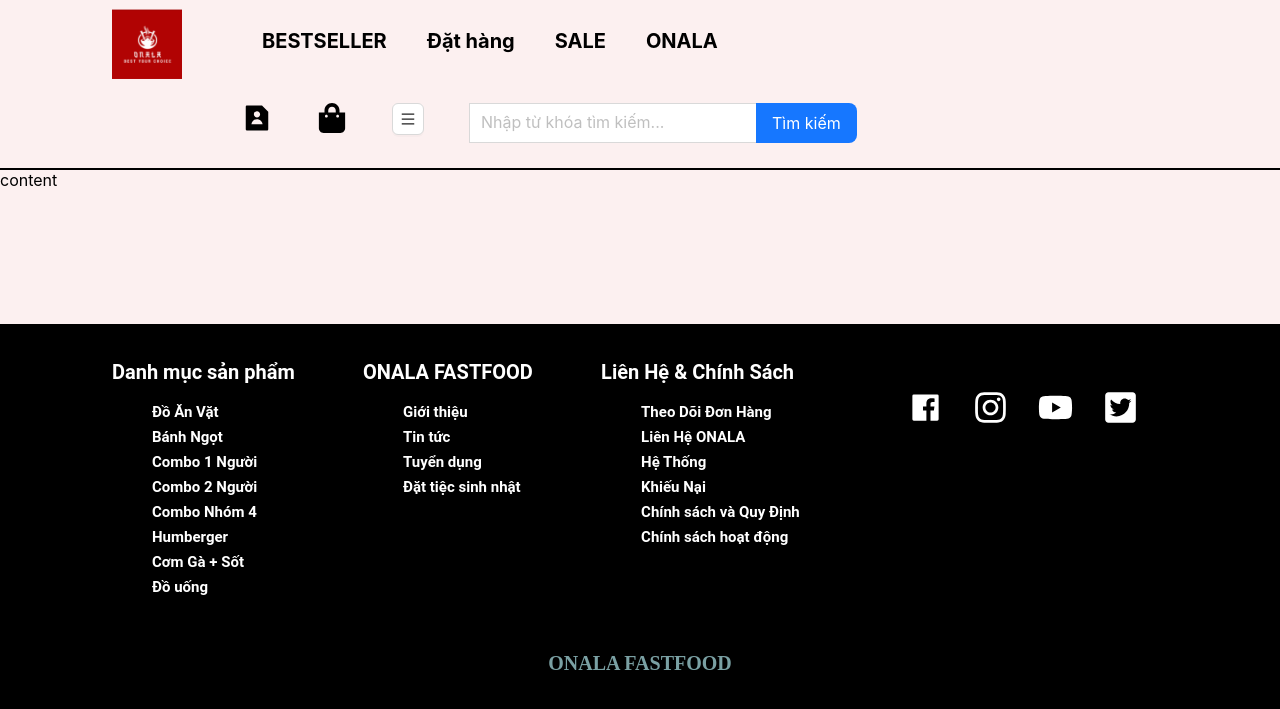
Repository: tranlan149/ONALA
Page: /account
An editor plug-in stored every save of this project. The page is shown before and after a run of saves, followed by the edit.
The browser window is 1280 px wide. The pictures show the whole page.
The project was rebuilt for these pictures with package versions that can differ from the ones it lists, and the page was loaded fresh each time. Also part of the build but not shown: src/Components/Search/Search.css, src/Pages/BestSeller/index.js, src/Pages/ONALA/index.js, src/Pages/Sale/index.js, src/Pages/Recommend/index.js, src/Pages/Register/RegisterForm.module.css, src/Pages/Register/index.js, src/Pages/Login/LoginForm.module.css and 12 more.

Above is the page before, as saved 2025-02-11 15:12:43.

### src/App.js
import { Route, Routes } from 'react-router-dom';
import './App.css';
import Layout from './Layout';
import BestSeller from './Pages/BestSeller';
import ONALA from './Pages/ONALA';
import Sale from './Pages/Sale';
import Recommend from './Pages/Recommend';
import Register from './Pages/Register';
import Login from './Pages/Login';
import Order from './Pages/Order';
import Cart from './Pages/Cart';
import Home from './Pages/Home';
import AccountPage from './Pages/Account';

function App() {
  return (
    <>
      <Routes>
          <Route path='/' element={<Layout/>}>
            <Route path='/' element={<Home/>} />
            <Route path='/bestseller' element={<BestSeller/>} />
            <Route path='/account' element={<AccountPage/>} />
            <Route path='/recommend' element={<Recommend/>} />
            <Route path='/order' element={<Order/>} />
            <Route path='/cart' element={<Cart/>} />
            <Route path='/onala' element={<ONALA/>} />
            <Route path='sale' element={<Sale/>} />
            <Route path= 'register' element = {<Register/>}/>

          </Route>





      </Routes>
    </>
  );
}

export default App;

### src/App.css
.App {
  text-align: center;
}

.App-logo {
  height: 40vmin;
  pointer-events: none;
}

@media (prefers-reduced-motion: no-preference) {
  .App-logo {
    animation: App-logo-spin infinite 20s linear;
  }
}

.App-header
{
  background-color: #282c34;
  min-height: 100vh;
  display: flex;
  flex-direction: column;
  align-items: center;
  justify-content: center;
  font-size: calc(10px + 2vmin);
  color: white;
}
.layout_main {
  background-color: #FCF0F0;
}

.App-link {
  color: #61dafb;
}

@keyframes App-logo-spin {
  from {
    transform: rotate(0deg);
  }
  to {
    transform: rotate(360deg);
  }
}

### src/Layout/index.js
import { Outlet } from "react-router-dom";
import {  NavLink } from "react-router-dom";
import logo from "../image/logo.png"
import { RiFileUserFill } from "react-icons/ri";
import { FaShoppingBag } from "react-icons/fa";
import { BiLogoFacebookSquare } from "react-icons/bi";
import { FaInstagram } from "react-icons/fa";
import { FaYoutube } from "react-icons/fa";
import { FaTwitterSquare } from "react-icons/fa";
import SearchBar from '../Components/Search/Search'
import './style.css';

import MenuDropdown from "../Components/dropdown/MenuDropdown";

function Layout(){
    return(
        <>
            <div className='layout'>
                <header className="layout_header">
                    <div className='layout_logo'>
                        <NavLink to='/'>
                            <img src={logo} alt="logo" style={{height:'70px ', width:'70px '}}/>
                        </NavLink>

                    </div>
                    <div className='layout_menu_1'>
                        <ul>
                            <li>
                                <NavLink to='/bestseller'>BESTSELLER</NavLink>
                            </li>
                            <li>
                                <NavLink to='/order'>Đặt hàng </NavLink>
                            </li>
                            <li>
                                <NavLink to='/sale'>SALE</NavLink>
                            </li>
                            <li>
                                <NavLink to='/onala'>ONALA </NavLink>
                            </li>
                        </ul>
                    </div>
                    <div className='layout_menu_2'>
                        <ul>
                            <li>
                                <NavLink to='/account'>
                                    <RiFileUserFill style={{color:'#000 ', fontSize:'30px'}}/>
                                </NavLink>
                            </li>
                            <li>
                                <NavLink to='/cart'>
                                    <FaShoppingBag style={{color:'#000 ', fontSize:'30px'}}/>
                                </NavLink>
                            </li>

                            <li>

                                <MenuDropdown style={{color:'#000 ', fontSize:'30px'}}/>

                            </li>
                            <li>
                                <SearchBar style={{color:'#000000'}}/>
                            </li>
                        </ul>
                    </div>
                </header>
                <main className="layout_main"><Outlet/></main>
                <footer className="layout_footer" >
                    <div className="footer_1">
                        <h2>Danh mục sản phẩm</h2>
                        <ul>
                            <li>
                                <NavLink to='/'>Đồ Ăn Vặt</NavLink>
                            </li>
                            <li>
                                <NavLink to='/'>Bánh Ngọt</NavLink>
                            </li>
                            <li>
                                <NavLink to='/'>Combo 1 Người</NavLink>
                            </li>
                            <li>
                                <NavLink to='/'>Combo 2 Người</NavLink>
                            </li>
                            <li>
                                <NavLink to='/'>Combo Nhóm 4</NavLink>
                            </li>
                            <li>
                                <NavLink to='/'>Humberger</NavLink>
                            </li>
                            <li>
                                <NavLink to='/'>Cơm Gà + Sốt</NavLink>
                            </li>
                            <li>
                                <NavLink to='/'>Đồ uống</NavLink>
                            </li>
                        </ul>

                    </div>
                    <div className="footer_1">
                        <h2>ONALA FASTFOOD</h2>
                        <ul>
                            <li>
                                <NavLink to='/recommend'>Giới thiệu</NavLink>
                            </li>
                            <li>
                                <NavLink to='/'>Tin tức</NavLink>
                            </li>
                            <li>
                                <NavLink to='/'>Tuyển dụng </NavLink>
                            </li>
                            <li>
                                <NavLink to='/'>Đặt tiệc sinh nhật</NavLink>
                            </li>
                        </ul>
                    </div>
                    <div className="footer_1">
                        <h2>Liên Hệ & Chính Sách </h2>
                        <ul>
                            <li>
                                <NavLink to='/'>Theo Dõi Đơn Hàng</NavLink>
                            </li>
                            <li>
                                <NavLink to='/'>Liên Hệ ONALA</NavLink>
                            </li>
                            <li>
                                <NavLink to='/'>Hệ Thống </NavLink>
                            </li>
                            <li>
                                <NavLink to='/'>Khiếu Nại</NavLink>
                            </li>
                            <li>
                                <NavLink to='/'>Chính sách và Quy Định</NavLink>
                            </li>
                            <li>
                                <NavLink to='/'>Chính sách hoạt động</NavLink>
                            </li>
                        </ul>
                    </div>
                    <div className="footer_2">
                        <ul>
                            <li>
                                <BiLogoFacebookSquare style={{fontSize:'35px'}} />
                            </li>
                            <li>
                                <FaInstagram style={{fontSize:'35px'}}/>
                            </li>
                            <li>
                                <FaYoutube style={{fontSize:'35px'}}/>
                            </li>
                            <li>
                                <FaTwitterSquare style={{fontSize:'35px'}}/>
                            </li>
                        </ul>
                    </div>

                </footer>
                <div style={{background:'#000000', color:'#7AA0A3', textAlign:'center', paddingTop:'20px', paddingBottom:'45px', fontFamily:'Lora', fontSize:'20px', fontWeight:"bold"}}>ONALA  FASTFOOD</div>

            </div>
        </>
    );
}
export default Layout;

### src/Pages/Account/index.js
import Login from "../Login";
import UserManagement from "../UserManagement";
function AccountPage() {
    const isLogin = true;
    return (
        <>
            {isLogin ? <UserManagement/> : <Login/>}
        </>
    );
}

export default AccountPage;

### src/Components/Search/Search.js
import React, { useState } from 'react';
import { Input } from 'antd';
import './Search.css';

const { Search } = Input;

const SearchBar = ({ onSearch }) => {
  return (
    <Search
      placeholder="Nhập từ khóa tìm kiếm..."
      allowClear
      enterButton="Tìm kiếm"
      size="large"
      onSearch={onSearch} // Gọi hàm khi nhấn Enter hoặc nút Tìm kiếm
    />
  );
};

export default SearchBar;

### src/Layout/style.css
.layout{
    box-sizing: border-box;
    margin:0px;
    display: flex;
    flex-direction: column;
    min-height: 100vh;
}
.layout_header{
    display:flex;
    padding-left: 112px;
    padding-right: auto;
    padding-top: 9px;
    padding-bottom: 9px;
    flex-wrap: wrap;
    background-color: #FCF0F0;
    border-bottom: 2px solid #000000;


}
.layout_main {
    flex: 1;
}
.layout_menu_1 > ul {
    display: flex;
    list-style: none ;
    margin-top: 20px;
}

.layout_menu_1 > ul > li{
    margin-left: 40px;
}
.layout_menu_1 > ul > li> a{
    text-decoration: none;
    color: #000;
    font-weight: bold;
    font-size: 20px;
}
.layout_menu_2 {
     margin-left: 90px;
}
.layout_menu_2 > ul{
    display: flex;
    list-style: none ;
    margin-top: 20px;
}

.layout_menu_2 > ul > li{
    margin-right: 45px;
}
.layout_footer{
    display: flex;
    padding-left: 112px;
    padding-right: auto;

    background-color: #000000;
    margin-top: 50px;
    justify-content: space-between;
    padding: 20px 112px;
    background-color: #000;
    color: white;

    margin-top: auto;
}
.footer_1{
    margin-right: 30px;
}
.footer_1 > ul {
    list-style: none;
}
.footer_1 > ul > li{
    margin-top: 5px;
}
.footer_1 > ul > li > a{
    text-decoration: none;
    color:#fff;
    font-size: 15px;
    font-family: Roboto;

}
.footer_1 > h2{
    font-size: 20px;
    font-family: Roboto;
}
.footer_2 > ul{
    display: flex;
    list-style: none;
    padding-top: 30px;
}
.footer_2 > ul > li{
    margin-right: 30px;


}

### src/Components/dropdown/MenuDropdown.js
import { Menu, Dropdown, Button } from "antd";
import { MenuOutlined } from "@ant-design/icons";

const menu = (
  <Menu>
    <Menu.Item key="1">
        <h2>Danh mục sản phẩm</h2>
        <ul>
            <li>Đồ Ăn Vặt</li>
            <li>Bánh Ngọt</li>
            <li>Combo 1 Người</li>
            <li>Combo 2 Người</li>
            <li>Combo Nhóm 4</li>
            <li>Humberger</li>
            <li>Cơm Gà + Sốt</li>
            <li>Đồ Uống</li>
        </ul>
    </Menu.Item>
    <Menu.Item key="2">
        <h2>ONALA </h2>
        <ul>
            <li>Giới thiệu</li>
            <li>Tin tức </li>
            <li>Tuyển dụng </li>
            <li>Đặt tiệc sinh nhật </li>
        </ul>
    </Menu.Item>
    <Menu.Item key="3">
        <h2>Liên Hệ & Chính Sách </h2>
        <ul>
            <li>Theo Dõi Đơn Hàng </li>
            <li>Liên Hệ ONALA </li>
            <li>Hệ Thống </li>
            <li>Khiếu Nại </li>
            <li>Chính sách và Quy Định</li>
            <li>Chính sách hoạt động </li>
        </ul>
    </Menu.Item>
  </Menu>
);

function MenuDropdown() {
  return (
    <Dropdown overlay={menu} trigger={["click"]}>
      <Button icon={<MenuOutlined />}></Button>
    </Dropdown>
  );
}

export default MenuDropdown;

### src/Pages/DangNhap/style.css

.contentForm {
    margin: 80px 164px;
    display: flex;
    flex-direction: row;
    font-weight: 600;
}
:link {
    font-weight: 600;
}
.formContainer {
    margin-left: 176px;
}
.right-align {
    text-align: right;
    font-size: 20px;
    cursor: pointer;
}

a {
    text-decoration: none;
    color: black;
}
.underlineInput {
    width: 520px;
    border: none;
    border-bottom: 1px solid #000;
    outline: none;
    padding: 8px;
    font-size: 20px;
    background-color: #FCF0F0;

}
:where(.css-dev-only-do-not-override-cdzvx5) .underlineInput:focus,
:where(.css-dev-only-do-not-override-cdzvx5) .underlineInput:hover {

    background-color: #FCF0F0 !important;
}
:where(.css-dev-only-do-not-override-cdzvx5) .retrieveInput {
    background-color: #ffffff !important;
    font-size: 14px ;
    width: 630px;
    border-bottom: 1px solid #E53737;
}
.underlineInput:hover {
    background-color: #FCF0F0;
    border-bottom: 1px solid #4CAF50;

}
.underlineInput:focus,
.underlineInput:focus-within {
    border-bottom-color: #4CAF50;
    background-color: #FCF0F0;

}
.retrieveInput:hover {
    background-color: #ffffff !important;


}
.retrieveInput:focus,
.retrieveInput:focus-within {
    border-bottom-color: #4CAF50 ;
    background-color: #ffffff !important;

}



.ant-input-affix-wrapper,
.ant-input
{
    border-radius: 0 !important;
}

:where(.css-dev-only-do-not-override-cdzvx5) .ant-col-offset-8 {
    margin: 0 !important;
}
:where(.css-dev-only-do-not-override-cdzvx5) .ant-input:focus,
:where(.css-dev-only-do-not-override-cdzvx5).ant-input-outlined:focus,
:where(.css-dev-only-do-not-override-cdzvx5).ant-input-outlined:focus-within,
:where(.css-dev-only-do-not-override-cdzvx5).ant-input-outlined,
:where(.css-dev-only-do-not-override-cdzvx5).ant-input-outlined.ant-input-status-error:not(.ant-input-disabled):focus,
:where(.css-dev-only-do-not-override-cdzvx5).ant-input-outlined.ant-input-status-error:not(.ant-input-disabled):focus,
:where(.css-dev-only-do-not-override-cdzvx5).ant-input-outlined.ant-input-status-error:not(.ant-input-disabled):focus-within,
:where(.css-dev-only-do-not-override-cdzvx5).ant-input-outlined.ant-input-status-error:not(.ant-input-disabled):hover
{
    outline: none;
    box-shadow: none;
}

:where(.css-dev-only-do-not-override-cdzvx5).ant-input-outlined.ant-input-status-error:not(.ant-input-disabled):focus,
:where(.css-dev-only-do-not-override-cdzvx5).ant-input-outlined.ant-input-status-error:not(.ant-input-disabled):focus,
:where(.css-dev-only-do-not-override-cdzvx5).ant-input-outlined.ant-input-status-error:not(.ant-input-disabled):focus-within,
:where(.css-dev-only-do-not-override-cdzvx5).ant-input-outlined.ant-input-status-error:not(.ant-input-disabled):hover {
    background-color: #FCF0F0;
}
:where(.css-dev-only-do-not-override-cdzvx5).ant-input-outlined.ant-input-status-error:not(.ant-input-disabled){
    border: none; /* Bỏ các đường viền mặc định */
    border-bottom: 1px solid #ff4d4f;
    background-color: #FCF0F0;

}
:where(.css-dev-only-do-not-override-cdzvx5).ant-col-8 {
    flex: 0;
}
:where(.css-dev-only-do-not-override-cdzvx5).ant-col-16 {
    max-width: 100% !important;
}
:where(.css-dev-only-do-not-override-cdzvx5).ant-checkbox-wrapper.ant-checkbox-wrapper-in-form-item input[type="checkbox"],
:where(.css-dev-only-do-not-override-cdzvx5).ant-checkbox .ant-checkbox-inner{
    width: 28px;
    height: 28px;
}


.ant-modal .ant-modal-title {
    text-align: center;
    font-size: 20px;
    padding: 0 115px;
}
.ant-modal-body >p {
    text-align: center;
}

### src/Pages/Login/style.css

.contentForm {
    margin: 80px 164px;
    display: flex;
    flex-direction: row;
    font-weight: 600;
}
:link {
    font-weight: 600;
}
.formContainer {
    margin-left: 176px;
}
.right-align {
    text-align: right;
    font-size: 20px;
    cursor: pointer;
}

a {
    text-decoration: none;
    color: black;
}
.underlineInput {
    width: 520px;
    border: none;
    border-bottom: 1px solid #000;
    outline: none;
    padding: 8px;
    font-size: 20px;
    background-color: #FCF0F0;

}
:where(.css-dev-only-do-not-override-cdzvx5) .underlineInput:focus,
:where(.css-dev-only-do-not-override-cdzvx5) .underlineInput:hover {

    background-color: #FCF0F0 !important;
}
:where(.css-dev-only-do-not-override-cdzvx5) .retrieveInput {
    background-color: #ffffff !important;
    font-size: 14px ;
    width: 630px;
    border-bottom: 1px solid #E53737;
}
.underlineInput:hover {
    background-color: #FCF0F0;
    border-bottom: 1px solid #4CAF50;

}
.underlineInput:focus,
.underlineInput:focus-within {
    border-bottom-color: #4CAF50;
    background-color: #FCF0F0;

}
.retrieveInput:hover {
    background-color: #ffffff !important;


}
.retrieveInput:focus,
.retrieveInput:focus-within {
    border-bottom-color: #4CAF50 ;
    background-color: #ffffff !important;

}



.ant-input-affix-wrapper,
.ant-input
{
    border-radius: 0 !important;
}

:where(.css-dev-only-do-not-override-cdzvx5) .ant-col-offset-8 {
    margin: 0 !important;
}
:where(.css-dev-only-do-not-override-cdzvx5) .ant-input:focus,
:where(.css-dev-only-do-not-override-cdzvx5).ant-input-outlined:focus,
:where(.css-dev-only-do-not-override-cdzvx5).ant-input-outlined:focus-within,
:where(.css-dev-only-do-not-override-cdzvx5).ant-input-outlined,
:where(.css-dev-only-do-not-override-cdzvx5).ant-input-outlined.ant-input-status-error:not(.ant-input-disabled):focus,
:where(.css-dev-only-do-not-override-cdzvx5).ant-input-outlined.ant-input-status-error:not(.ant-input-disabled):focus,
:where(.css-dev-only-do-not-override-cdzvx5).ant-input-outlined.ant-input-status-error:not(.ant-input-disabled):focus-within,
:where(.css-dev-only-do-not-override-cdzvx5).ant-input-outlined.ant-input-status-error:not(.ant-input-disabled):hover
{
    outline: none;
    box-shadow: none;
}

:where(.css-dev-only-do-not-override-cdzvx5).ant-input-outlined.ant-input-status-error:not(.ant-input-disabled):focus,
:where(.css-dev-only-do-not-override-cdzvx5).ant-input-outlined.ant-input-status-error:not(.ant-input-disabled):focus,
:where(.css-dev-only-do-not-override-cdzvx5).ant-input-outlined.ant-input-status-error:not(.ant-input-disabled):focus-within,
:where(.css-dev-only-do-not-override-cdzvx5).ant-input-outlined.ant-input-status-error:not(.ant-input-disabled):hover {
    background-color: #FCF0F0;
}
:where(.css-dev-only-do-not-override-cdzvx5).ant-input-outlined.ant-input-status-error:not(.ant-input-disabled){
    border: none; /* Bỏ các đường viền mặc định */
    border-bottom: 1px solid #ff4d4f;
    background-color: #FCF0F0;

}
:where(.css-dev-only-do-not-override-cdzvx5).ant-col-8 {
    flex: 0;
}
:where(.css-dev-only-do-not-override-cdzvx5).ant-col-16 {
    max-width: 100% !important;
}
:where(.css-dev-only-do-not-override-cdzvx5).ant-checkbox-wrapper.ant-checkbox-wrapper-in-form-item input[type="checkbox"],
:where(.css-dev-only-do-not-override-cdzvx5).ant-checkbox .ant-checkbox-inner{
    width: 28px;
    height: 28px;
}


.ant-modal .ant-modal-title {
    text-align: center;
    font-size: 20px;
    padding: 0 115px;
}
.ant-modal-body >p {
    text-align: center;
}

### src/Pages/UserManagement/index.js

function UserManagement() {
    return (
        <div className="managementContainer">
            <div className="sideBarManagement">

            </div>
            <div className="contentManagement">
                content
            </div>
        </div>
    );
}

export default UserManagement;

Loaded but not shown: public/index.html (common file); src/index.js (common file); src/index.css (common file); src/reportWebVitals.js (common file)

After the next 2 saves:
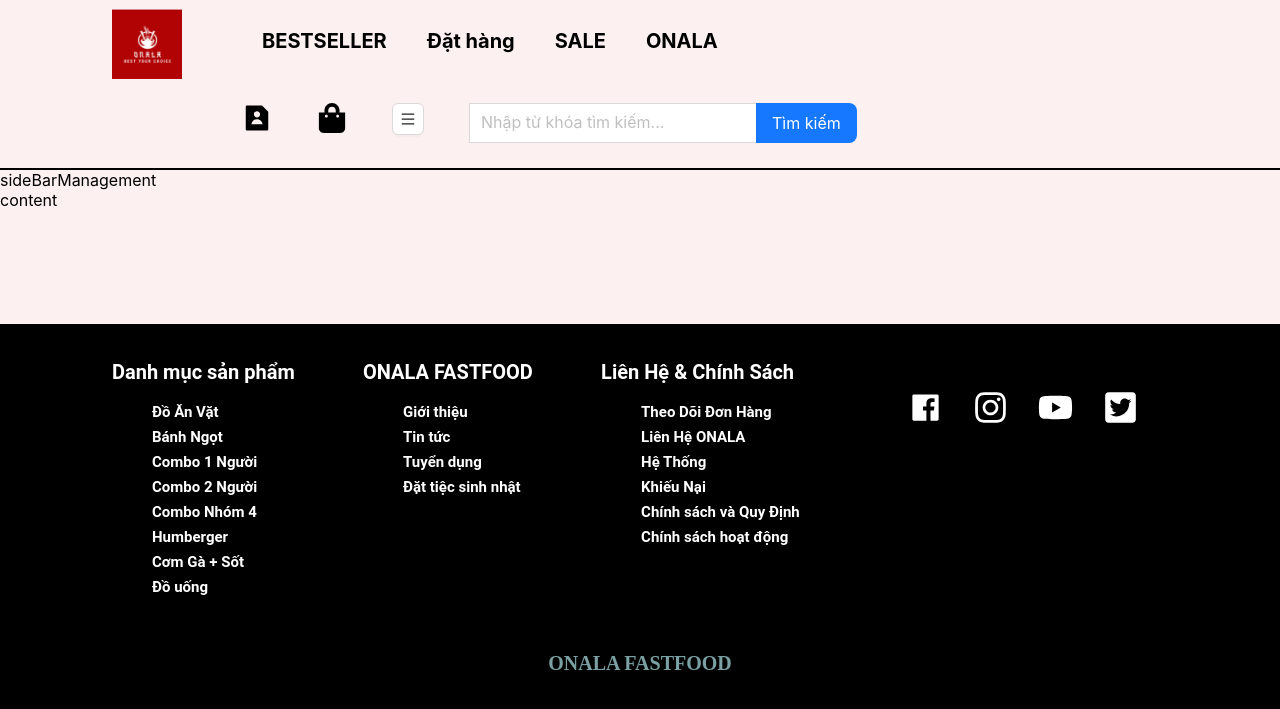
The 2 saves are shown as one change because they came seconds apart.
The last was saved 10 s later.
--- a/src/Pages/UserManagement/index.js
+++ b/src/Pages/UserManagement/index.js
@@ -3,7 +3,7 @@ function UserManagement() {
     return (
         <div className="managementContainer">
             <div className="sideBarManagement">
-
+                sideBarManagement
             </div>
             <div className="contentManagement">
                 content
